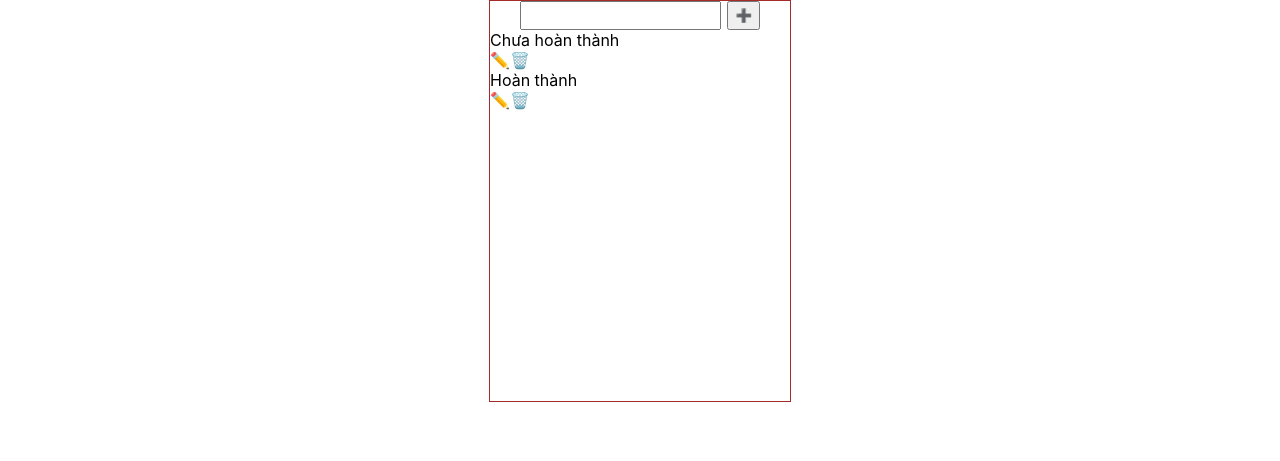
Repository: ChauVanLoc/TodoList-Reactjs
Page: / (app in todo-app/)
The author's editor kept a copy of each file at every save. The page is drawn from the files as they stood at one save, then again after the next save.
The browser window is 1280 px wide. The pictures show the whole page.
The project was rebuilt for these pictures with package versions that can differ from the ones it lists, and the page was loaded fresh each time.

Above is the page before, as saved 2022-12-04 19:20:06.

### todo-app/src/index.tsx
import React from "react";
import ReactDOM from "react-dom/client";
import TodoList from "./components/TodoList/TodoList";
import "./index.css";
import reportWebVitals from "./reportWebVitals";

const root = ReactDOM.createRoot(
  document.getElementById("root") as HTMLElement
);
root.render(
  <React.StrictMode>
    <TodoList />
  </React.StrictMode>
);

// If you want to start measuring performance in your app, pass a function
// to log results (for example: reportWebVitals(console.log))
// or send to an analytics endpoint. Learn more: https://bit.ly/CRA-vitals
reportWebVitals();

### todo-app/src/components/TodoList/TodoList.tsx
import React from "react";
import TaskInput from "../TaskInput/TaskInput";
import TaskList from "../TaskList/TaskList";
import TodoStyle from "./TodoListStyle.module.scss";

type Props = {};

function TodoList({}: Props) {
  return (
    <div className={TodoStyle["container"]}>
      <TaskInput />
      <div>
        <TaskList title="Chưa hoàn thành" />
        <TaskList title="Hoàn thành" />
      </div>
    </div>
  );
}

export default TodoList;

### todo-app/src/components/TaskInput/TaskInput.tsx
import React from "react";
import taskInputStyled from "./TaskInputStyle.module.scss";
type Props = {};

function TaskInput({}: Props) {
  return (
    <div className={taskInputStyled["wrapTaskInput"]}>
      <input type="text" name="keySearch" id="" />
      <button>➕</button>
    </div>
  );
}

export default TaskInput;

### todo-app/src/components/TaskList/TaskList.tsx
import React from "react";
import taskListStyled from "./TaskListStyle.module.scss";
type Props = {
  title: string;
  // content;
};

function TaskList({ title }: Props) {
  return (
    <div className={taskListStyled["content"]}>
      <div className={taskListStyled["title"]}>{title}</div>
      <div className={taskListStyled["wrapContent"]}>
        <div className={taskListStyled["row"]}>
          <div>
            <span></span>
          </div>
          <div className={taskListStyled["toolBox"]}>
            <span>✏️</span>
            <span>🗑️</span>
          </div>
        </div>
      </div>
    </div>
  );
}

export default TaskList;

### todo-app/src/components/TodoList/TodoListStyle.module.scss
.container {
  width: 300px;
  height: 400px;
  margin: 0 auto;
  border: 1px solid brown;
}

### todo-app/src/components/TaskInput/TaskInputStyle.module.scss
.wrapTaskInput {
  width: 240px;
  height: auto;
  margin-left: auto;
  margin-right: auto;
  display: flex;
  justify-content: space-between;
  input {
    padding: 5px 10px;
    outline: none;
    text-align: left;
  }
  button {
    text-align: right;
  }
}

### todo-app/src/components/TaskList/TaskListStyle.module.scss
.content {
  width: 300px;
  height: auto;
  .title {
  }
  .wrapContent {
    .row {
    }
  }
}

Loaded but not shown: todo-app/public/index.html (common file); todo-app/src/index.css (common file); todo-app/src/reportWebVitals.ts (common file)

After the next save:
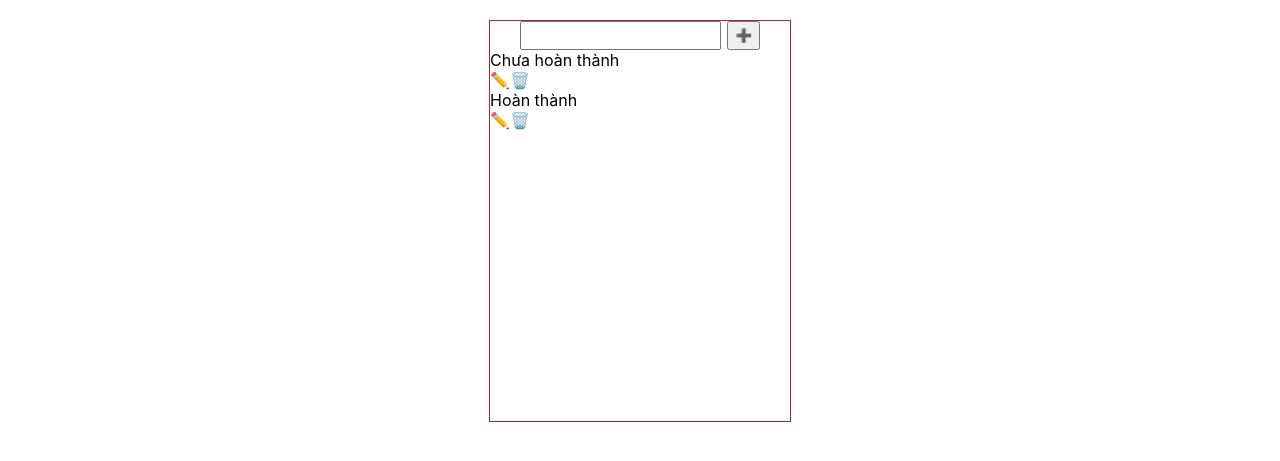
Saved 12 s later.
--- a/todo-app/src/components/TodoList/TodoListStyle.module.scss
+++ b/todo-app/src/components/TodoList/TodoListStyle.module.scss
@@ -1,6 +1,6 @@
 .container {
   width: 300px;
   height: 400px;
-  margin: 0 auto;
+  margin: 20px auto;
   border: 1px solid brown;
 }
